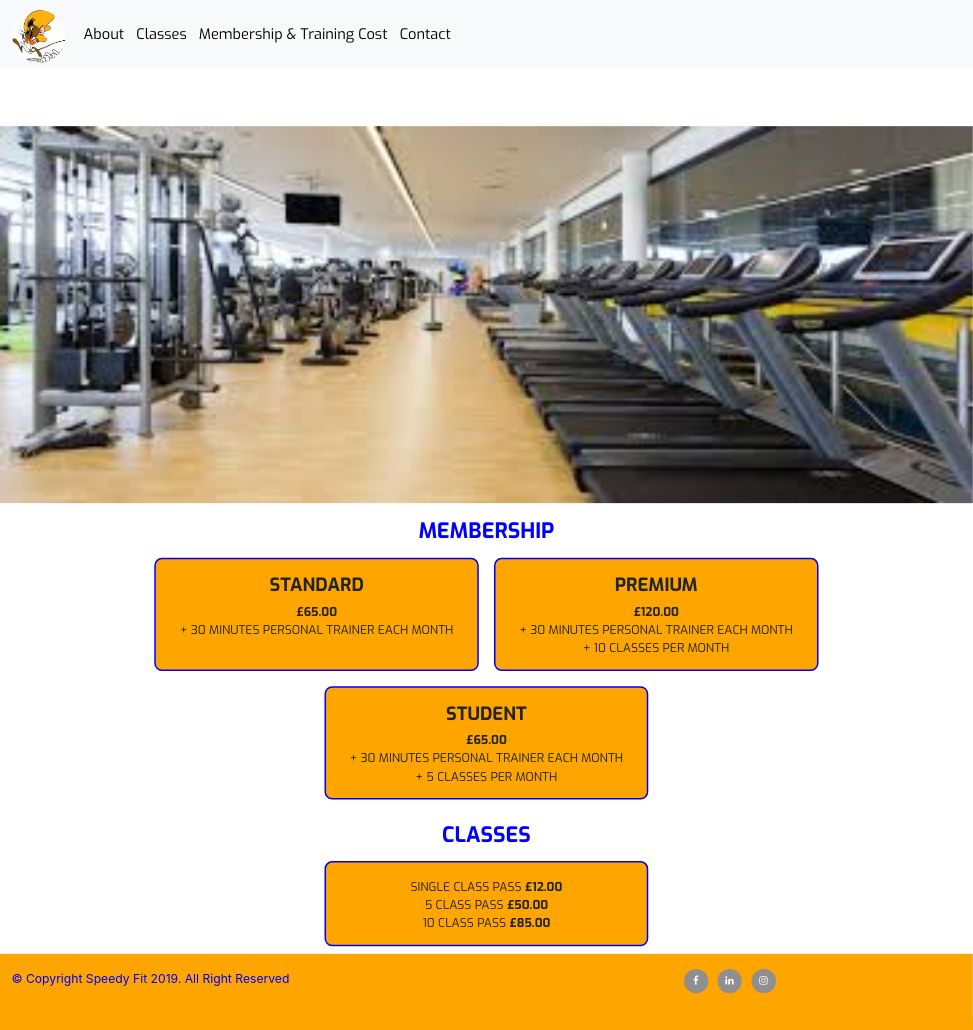
Repository: marcomoreschi/Milestrone-project
Page: membership&trainingcost.html
The author's editor kept a record of every edit. The page is drawn from the files as they stood at one moment, then again after the next edit.
The browser window is 1280 px wide. The pictures show the whole page, at 76% of full size.
Some web libraries are served in a nearby version.

Above is the page before.

After the next edit:
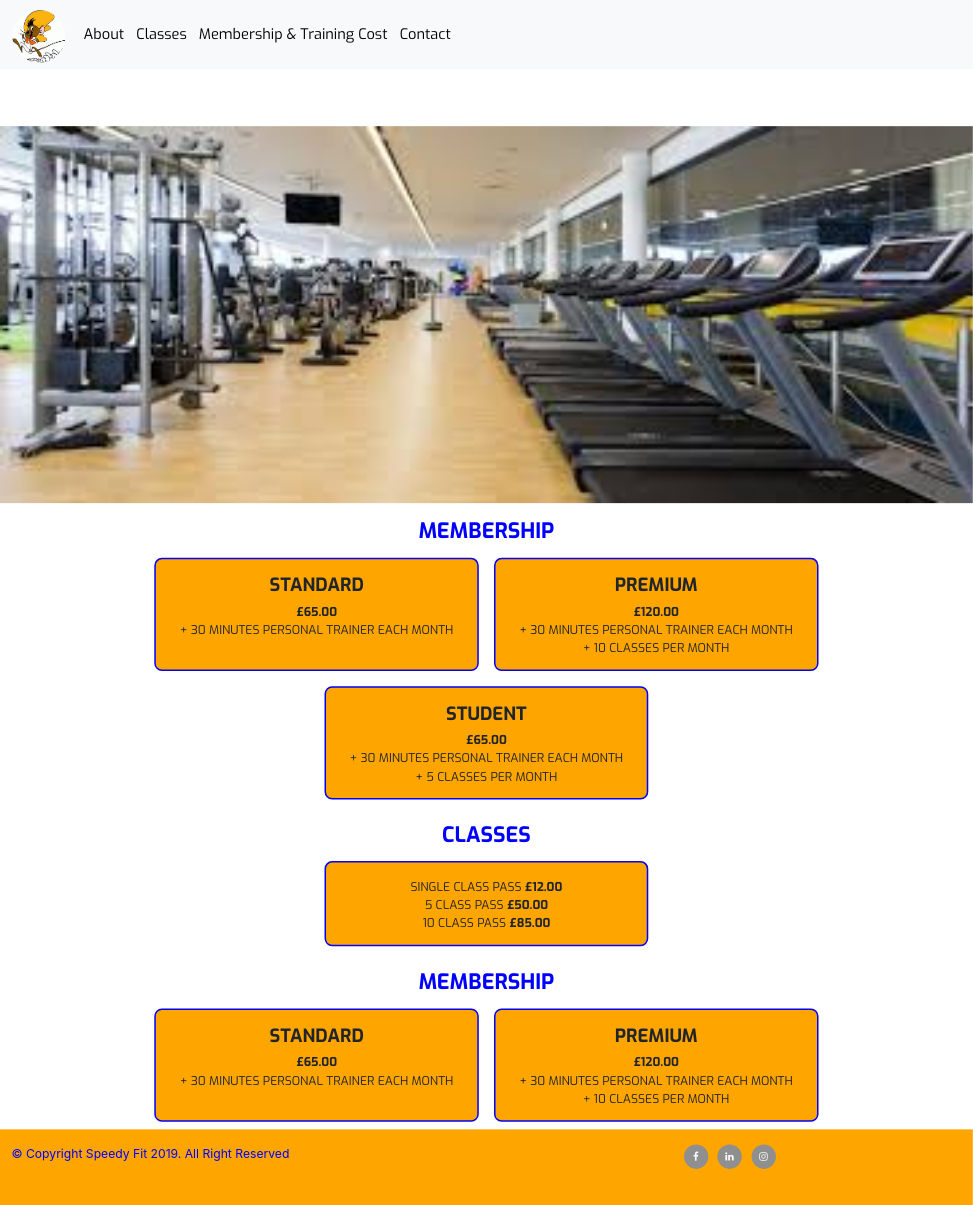
The edit:
--- a/membership&trainingcost.html
+++ b/membership&trainingcost.html
@@ -87,6 +87,24 @@
 
             </div>
 
+            <div class="row">
+            <div class="personal-tainer-header">
+               <h3>Membership</h3>
+
+            </div>
+        </div>
+
+        <div class="row justify-content-center membership-section">
+            <div class="col-sm-4 membership-price">
+                <h4>standard</h4>
+                <p><b>£65.00</b> <br> + 30 minutes personal trainer each month</p>
+          </div>
+
+            <div class="col-sm-4 membership-price">
+                <h4>premium</h4>
+                <p><b>£120.00</b> <br> + 30 minutes personal trainer each month <br> + 10 classes per month</p>
+            </div>
+
     </section>
 
     <footer class="container-fluid ">
